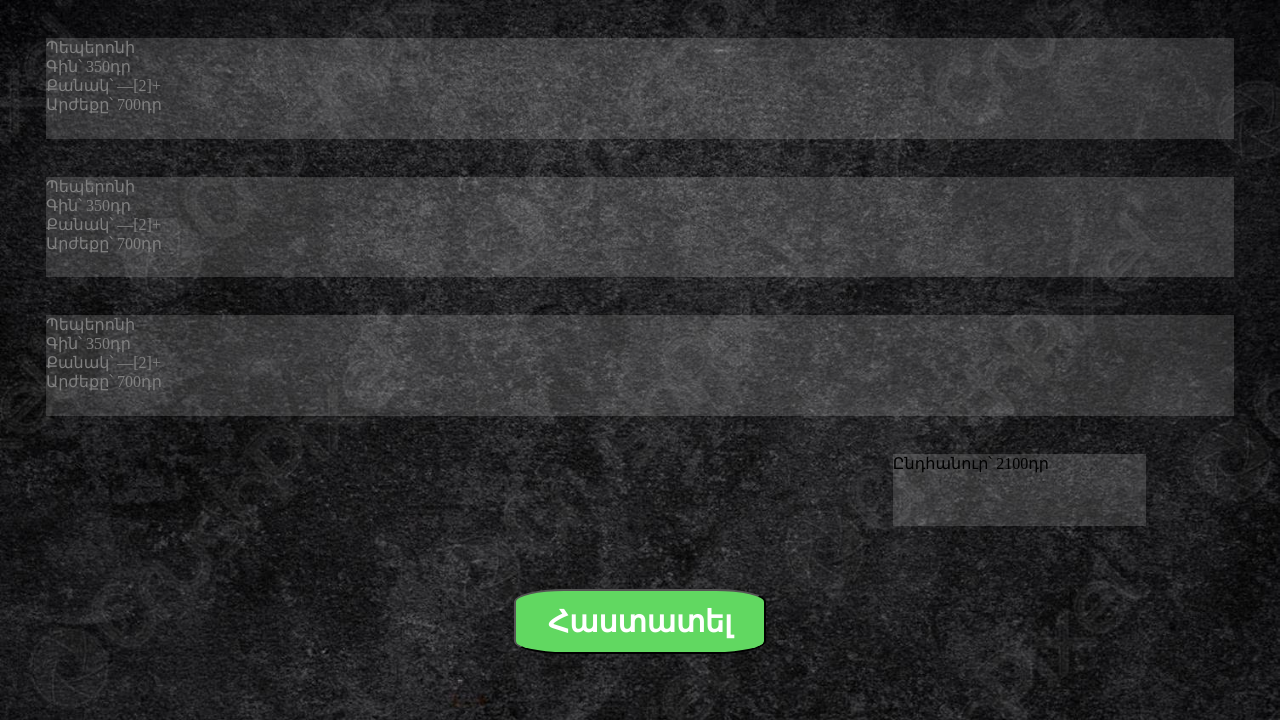
Repository: NarekTovmasyan/PizzaManue
Page: public/basket.html
The author's editor kept a copy of each file at every save. The page is drawn from the files as they stood at one save, then again after the next save.
The browser window is 1280 px wide. The pictures show the whole page.

Above is the page before, as saved 2022-01-20 14:10:44.

After the next save:
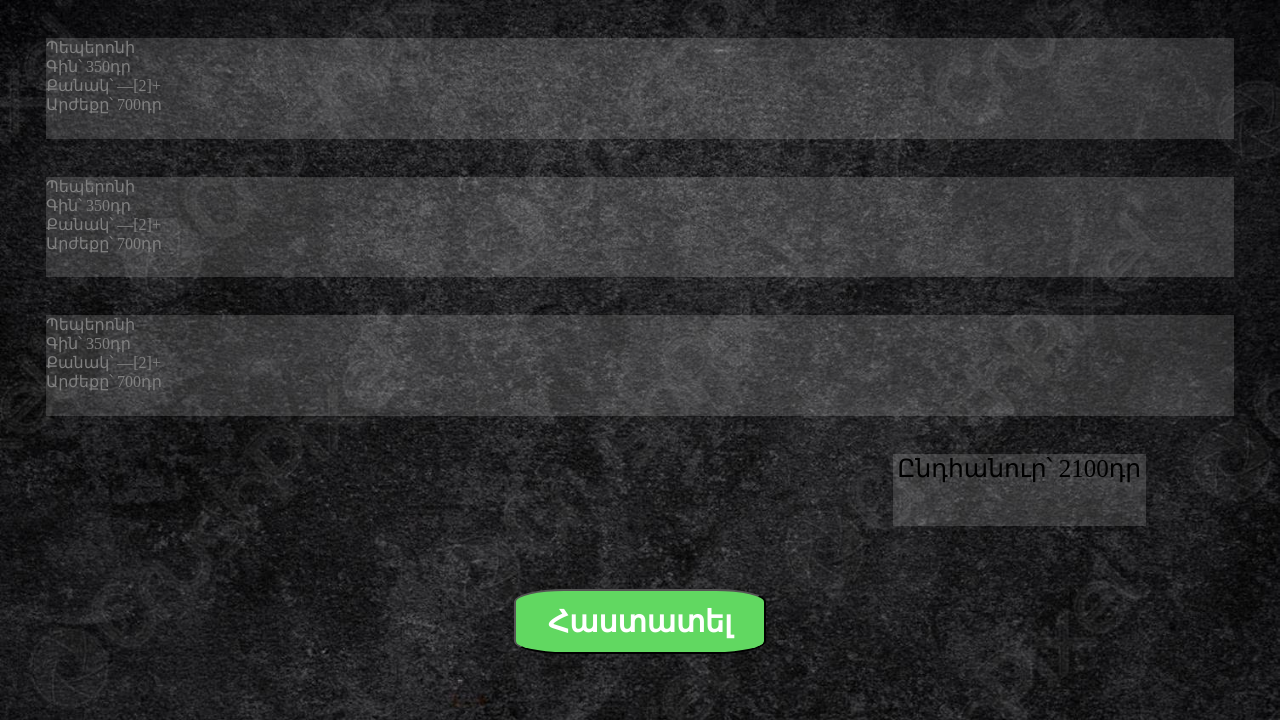
Saved 4 min 11 s later.
--- a/public/basket.css
+++ b/public/basket.css
@@ -21,6 +21,9 @@
     height: 10vh;
     margin-top: 3%;
     margin-left: 70%;
+    font-size: 25px;
+    font-weight: 500;
+    text-align:center;
 }
 
 .confirm{
